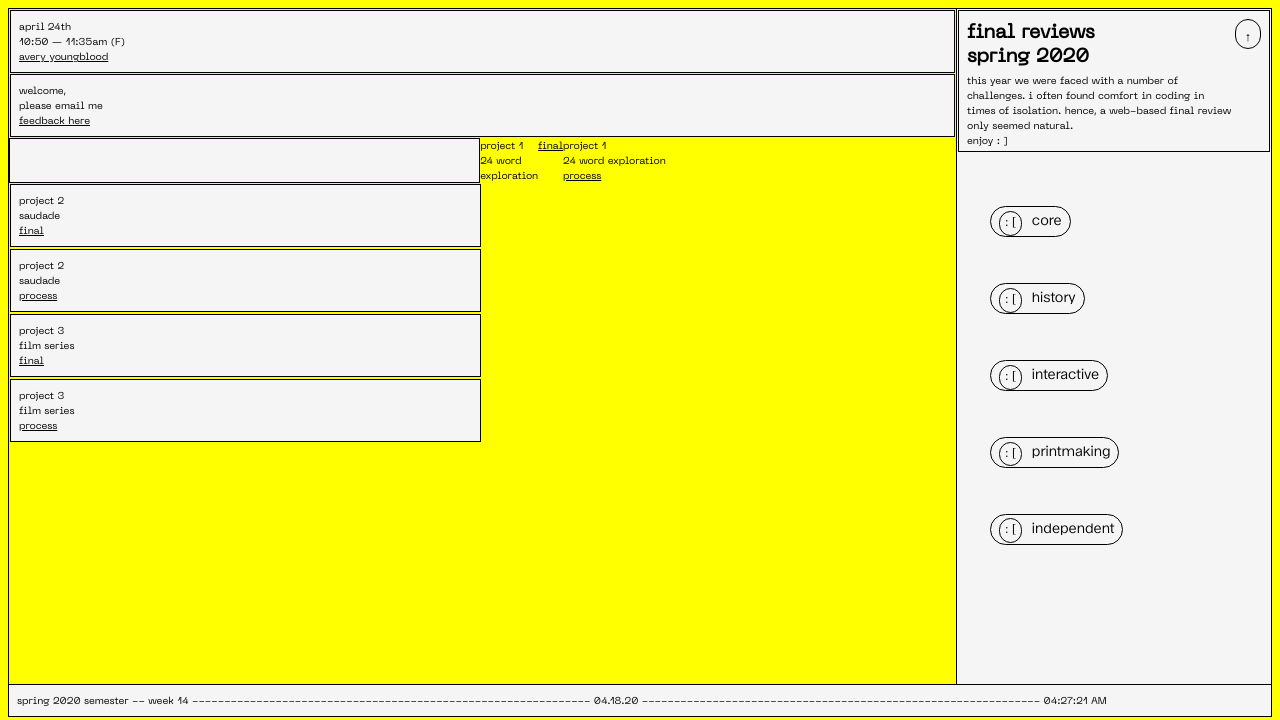
Repository: ayoungblood2/Spring-Semester-2020
Page: index v2/classes/core.html
These files come from the project's save history. The page is drawn as it stood at one moment and after the next save; the edit follows.
The browser window is 1280 px wide. The pictures show the whole page.
Some web libraries are served in a nearby version.

Above is the page before, as saved 2020-04-18 15:33:54.

### index v2/classes/core.html
<html lang="en">

<head>

    <meta charset="UTF-8">
    <meta name="viewport" content="width=device-width, initial-scale=1.0">
    <meta http-equiv="X-UA-Compatible" content="ie=edge">
    <link rel="stylesheet" href="/index v2/assets/css/main.css">

    <link rel="apple-touch-icon" sizes="180x180" href="/index v2/assets/icon/favicon_io/apple-touch-icon.png">
    <link rel="icon" type="image/png" sizes="32x32" href="/index v2/assets/icon/favicon_io/favicon-32x32.png">
    <link rel="icon" type="image/png" sizes="16x16" href="/index v2/assets/icon/favicon_io/favicon-16x16.png">

    <!-- <META HTTP-EQUIV="refresh" CONTENT="5; URL=http://127.0.0.1:5500/index%20v2/index2.html"> -->


    <title> : ] [ :</title>


</head>

<body class="none">


    <div id="coords" data-html2canvas-ignore="true" style="color: black; top: 747px; left: 58px;">click(48,737)
    </div>


    <main class="Main">

        <header class="PageHeader PageHeader--home">

            <section class="PageHeader-classInfo">
                april 24th
                <br>10:50 — 11:35am (F)
                <br><a href="https://www.art.yale.edu/AveryYoungblood" target="_blank" class="PageHeader--link">avery
                    youngblood</a>
            </section>
        </header>

        <header class="PageHeader PageHeader--home">
            <section class="PageHeader-classInfo">
                welcome,
                <br> please email me
                <br><a href="avery.youngblood@yale.edu" class="PageHeader--link">feedback here</a>
            </section>
        </header>


        <header class="grid-container" style="display: inline-flex; width:49.75%;">
            <section class="PageHeader-classInfo grid-item"></section>
                project 1
                <br> 24 word exploration
                <br><a href="/index v2/classes/core-prct1-1.html" class="PageHeader--link">final</a>
            </section>

            <section class="PageHeader-classInfo">
                project 1
                <br> 24 word exploration
                <br><a href="/index v2/classes/core-prct1-2.html" class="PageHeader--link">process</a>
            </section>
        </header>

        <header class="PageHeader PageHeader--home" style="display: inline-flex; width:49.75%;">
            <section class="PageHeader-classInfo">
                project 2
                <br> saudade
                <br><a href="/index v2/classes/core-prct2-1.html" class="PageHeader--link">final</a>
            </section>
        </header>

        <header class="PageHeader PageHeader--home" style="display: inline-flex; width:49.75%;">
            <section class="PageHeader-classInfo">
                project 2
                <br> saudade
                <br><a href="/index v2/classes/core-prct2-2.html" class="PageHeader--link">process</a>
            </section>
        </header>

        <header class="PageHeader PageHeader--home" style="display: inline-flex; width:49.75%;">
            <section class="PageHeader-classInfo">
                project 3
                <br> film series
                <br><a href="/index v2/classes/core-prct3-1.html" class="PageHeader--link">final</a>
            </section>
        </header>

        <header class="PageHeader PageHeader--home" style="display: inline-flex; width:49.75%;">
            <section class="PageHeader-classInfo">
                project 3
                <br> film series
                <br><a href="/index v2/classes/core-prct3-2.html" class="PageHeader--link">process</a>
            </section>
        </header>
    </div>

    </main>


    <header class="Header">

        <a href="/index v2/index2.html" class="Header-link">
            <div class="wrapper">

                <span class="Header-title">
                    <h2>
                        <span class="Header-span">final reviews</span>
                        <span class="Header-span">spring 2020</span></h2>
                    <br>
                    <div class="content">
                        <p> this year we were faced with a number of challenges.
                            i often found comfort in coding in times of isolation.
                            hence, a web-based final review only seemed natural. </p>
                        <p> enjoy : ] </p>

                </span>
                </span>

            </div>

            </div>
            <button onClick="window.location.href=window.location.href" class="Header-arrow">
                ↑
            </button>


        </a>


        <nav class="Nav is-home">

            <ul class="Nav-list">

                <li class="Nav-item ">
                    <span>
                        <a href="/index v2/classes/core.html" class="Nav-link view-more view-less" href="#"
                            data-target="core">
                            core
                        </a>
                    </span>
                    <img src="/index v2/classes/core/project1/Avery_Slang_BW.png"
                        style="width:150%;transform:rotate(20deg);" class="page-header" />

                    <ul id="core" class="viewing-less">

                        <li class="more">
                            core became a way to discover process and refine my message, along with building the
                            fundamentals of graphic design.
                            core solidifies the conceptualization of flexible ideas into experimental print and
                            materiality so that one can understand the motive behind work.
                            <br><br><br>
                            <p>--&nbsp;&nbsp;project&nbsp;&nbsp;&nbsp;1&nbsp;&nbsp;&nbsp;:&nbsp;&nbsp;&nbsp;24 word
                                exploration</p>
                            <br>
                            <p>--&nbsp;&nbsp;project&nbsp;&nbsp;2&nbsp;&nbsp;&nbsp;:&nbsp;&nbsp;&nbsp;saudade event</p>
                            <br>
                            <p>--&nbsp;&nbsp;project&nbsp;&nbsp;3&nbsp;&nbsp;&nbsp;:&nbsp;&nbsp;&nbsp;film posters</p>
                        </li>
                    </ul>

                </li>


                <li class="Nav-item ">
                    <span>
                        <a href="open projects on left-hand side and make smile icon big"
                            class="Nav-link view-more view-less" href="#" data-target="history">
                            history
                        </a>
                    </span>
                    <img src="/index v2/classes/history/other images/event_default_31_1.jpg"
                        style="width:100%;transform:rotate(-50deg);margin:50px;" />
                    <ul id="history" class="viewing-less">

                        <li class="more">
                            this semester history provided me with context for design. instead of conceptualizing from
                            personal ideation,
                            my process became reversed in history of graphic design. i found myself working from
                            historical references first,
                            then contextualizing into my own design language.
                            <br><br><br>
                            <p>--&nbsp;&nbsp;project&nbsp;&nbsp;&nbsp;1&nbsp;&nbsp;&nbsp;:&nbsp;&nbsp;&nbsp;sf
                                psychedelic rock posters</p>
                            <br>
                            <p>--&nbsp;&nbsp;project&nbsp;&nbsp;2&nbsp;&nbsp;&nbsp;:&nbsp;&nbsp;&nbsp;designer accordion
                            </p>
                            <br>
                            <p>--&nbsp;&nbsp;project&nbsp;&nbsp;3&nbsp;&nbsp;&nbsp;:&nbsp;&nbsp;&nbsp;reading</p>
                            <br>
                            <p>--&nbsp;&nbsp;project&nbsp;&nbsp;4&nbsp;&nbsp;&nbsp;:&nbsp;&nbsp;&nbsp;research &
                                resources</p>
                        </li>
                    </ul>
                </li>


                <li class="Nav-item ">
                    <span>
                        <a href="open projects on left-hand side and make smile icon big"
                            class="Nav-link view-more view-less" href="#" data-target="interact">
                            interactive
                        </a>
                    </span>
                    <img src="/index v2/classes/interactive/web-as-site.png"
                        style="width:70%;transform:rotate(2deg);margin-top:300px;margin-left:300px;" />
                    <ul id="interact" class="viewing-less">

                        <li class="more">
                            we covered a lot in interactive this semester.
                            i've been actively learning HTML, CSS, and JavaScript, and experimenting ways to introduce
                            these methods into my everyday studio practice.
                            the readings we had about the internet and the relationship to
                            embodied experience were eye-opening discussions.
                            everything of what i thought web-design "should-be" vanished. all expectations and rules,
                            gone.
                            i learned there is a space for art in the web-space.
                            i appreciate the freedom of expression and encouragement of creativity from
                            conceptually-driven prompts in this class.
                            i want to incorporate this new perspective of organizing and translating design/process into
                            an interactive space.
                            <br><br><br>
                            <p>--&nbsp;&nbsp;project&nbsp;&nbsp;&nbsp;1&nbsp;&nbsp;&nbsp;:&nbsp;&nbsp;&nbsp;list</p>
                            <br>
                            <p>--&nbsp;&nbsp;project&nbsp;&nbsp;2&nbsp;&nbsp;&nbsp;:&nbsp;&nbsp;&nbsp;clock</p>
                            <br>
                            <p>--&nbsp;&nbsp;project&nbsp;&nbsp;3&nbsp;&nbsp;&nbsp;:&nbsp;&nbsp;&nbsp;reading &
                                resources</p>
                        </li>
                    </ul>
                </li>


                <li class="Nav-item ">
                    <span>
                        <a href="open projects on left-hand side and make smile icon big"
                            class="Nav-link view-more view-less" href="#" data-target="print">
                            printmaking
                        </a>
                    </span>
                    <img src="/index v2/classes/printmaking/reference pics/Screen Shot 2020-04-16 at 5.17.14 AM.png"
                        style="width:50%;transform:rotate(20deg);margin-top:200px;margin-left:10px;" />
                    <ul id="print" class="viewing-less">

                        <li class="more">
                            printmaking considers ways in which multiplicity, circulation, and archives have functioned
                            within contemporary print based artworks.
                            We had visits to on-campus collections, collaborative studio work, and in class discussions
                            of pertinent texts aim to place the
                            making of printed media within an expansive field of art practices.
                            Although, the second part of the semester was to focus on
                            how these concepts, materials, and forms connect to our own individual studio practices
                            through projects and printshop demonstrations focusing on the stencil and the book (we still
                            had discussions of what we'd like to pursue in the future).
                            <br><br><br>
                            <p>--&nbsp;&nbsp;project&nbsp;&nbsp;&nbsp;1&nbsp;&nbsp;&nbsp;:&nbsp;&nbsp;&nbsp;reading</p>
                            <br>
                            <p>--&nbsp;&nbsp;project&nbsp;&nbsp;2&nbsp;&nbsp;&nbsp;:&nbsp;&nbsp;&nbsp;research &
                                resources</p>
                            <br>
                            <p>--&nbsp;&nbsp;project&nbsp;&nbsp;3&nbsp;&nbsp;&nbsp;:&nbsp;&nbsp;&nbsp;chapel street pole
                            </p>
                            <br>
                            <p>--&nbsp;&nbsp;project&nbsp;&nbsp;4&nbsp;&nbsp;&nbsp;:&nbsp;&nbsp;&nbsp;commissioned
                                publication</p>
                        </li>
                    </ul>
                </li>


                <li class="Nav-item ">
                    <span>
                        <a href="open projects on left-hand side and make smile icon big"
                            class="Nav-link view-more view-less" href="#" data-target="ind">
                            independent
                        </a>
                    </span>
                    <img src="/index v2/classes/independent/Screen Shot 2020-04-14 at 2.37.37 PM.png"
                        style="width:50%;transform:rotate(-63deg);margin:20px;" />
                    <ul id="ind" class="viewing-less">

                        <li class="more">
                            collaboration on all fronts. alvin (prelim GD) and amina (1st yr sculpture) became my close
                            allies this semester.
                            our personal interests led the way in cultivating close-relationships,
                            along with intriguing long-term projects that i'm excited to continue and develop over the
                            years.
                            <br>
                            the second half of the semester my attention and time became devoted to the covid-19 cause -
                            writing
                            and meeting and organizing 24/7 to work towards active nationwide solutions for the future
                            of education.
                            <br><br><br>
                            <p>--&nbsp;&nbsp;project&nbsp;&nbsp;&nbsp;1&nbsp;&nbsp;&nbsp;:&nbsp;&nbsp;&nbsp;we-need-to-talk
                            </p>
                            <br>
                            <p>--&nbsp;&nbsp;project&nbsp;&nbsp;2&nbsp;&nbsp;&nbsp;:&nbsp;&nbsp;&nbsp;sonic rupture</p>
                            <br>
                            <p>--&nbsp;&nbsp;project&nbsp;&nbsp;3&nbsp;&nbsp;&nbsp;:&nbsp;&nbsp;&nbsp;log & letters</p>
                        </li>
                    </ul>
                </li>
        </nav>

    </header>

    <span class="TimeStamp">spring semester week 01 04.15.20 05:07:06 PM</span>

    <script src="//ajax.googleapis.com/ajax/libs/jquery/1.7.1/jquery.min.js" type="text/javascript"></script>
    <script src="https://cdnjs.cloudflare.com/ajax/libs/moment.js/2.20.1/moment.min.js"></script>
    <script src="/index v2/assets/js/main.js"></script>
    <script src="/index v2/assets/js/scripts.js"></script>
    <script src="/index v2/assets/js/html2canvas.js"></script>




</body>


</html>

<!-- yale school of art --
graphic design --
preliminary year --
final reviews --
spring 2020 -->

Loaded but not shown: index v2/assets/js/html2canvas.js (library); index v2/assets/js/scripts.js (193 lines, source omitted); index v2/assets/js/main.js (113 lines, source omitted); index v2/assets/css/main.css (840 lines, source omitted)

After the next save:
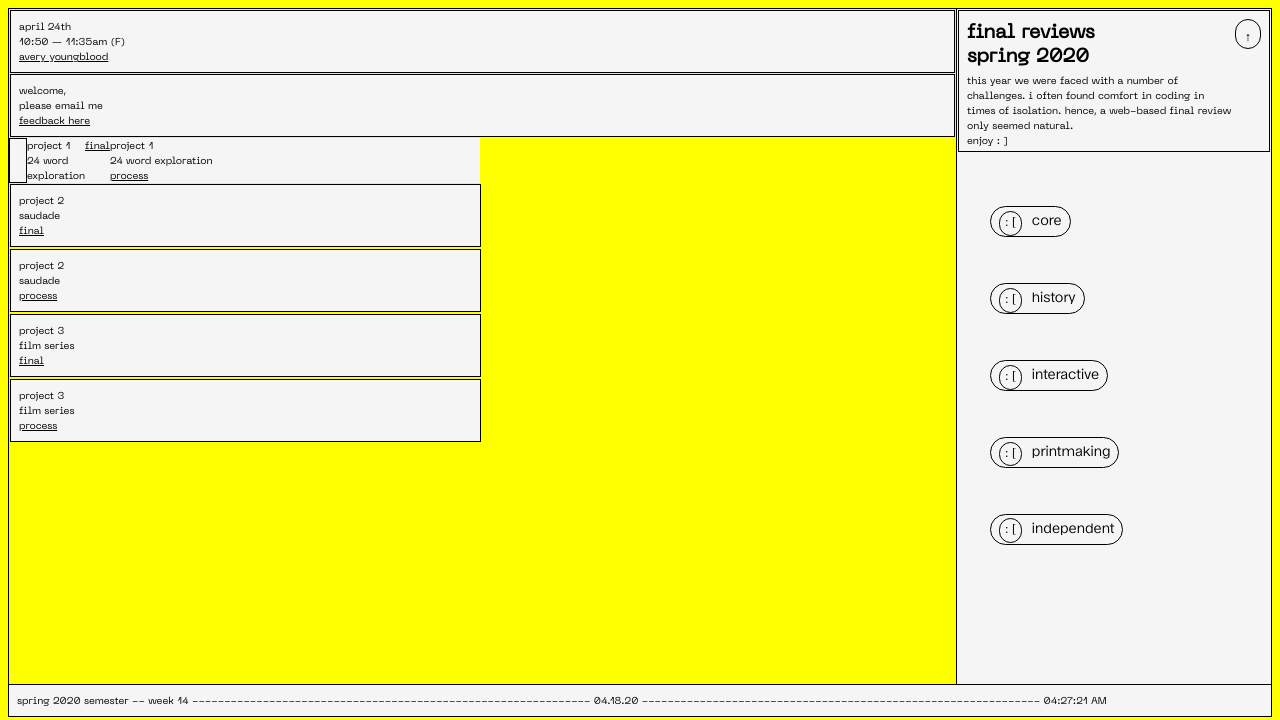
Saved 13 s later.
--- a/index v2/classes/core.html
+++ b/index v2/classes/core.html
@@ -48,7 +48,7 @@
 
 
         <header class="grid-container" style="display: inline-flex; width:49.75%;">
-            <section class="PageHeader-classInfo grid-item"></section>
+            <section class="grid-item"></section>
                 project 1
                 <br> 24 word exploration
                 <br><a href="/index v2/classes/core-prct1-1.html" class="PageHeader--link">final</a>
